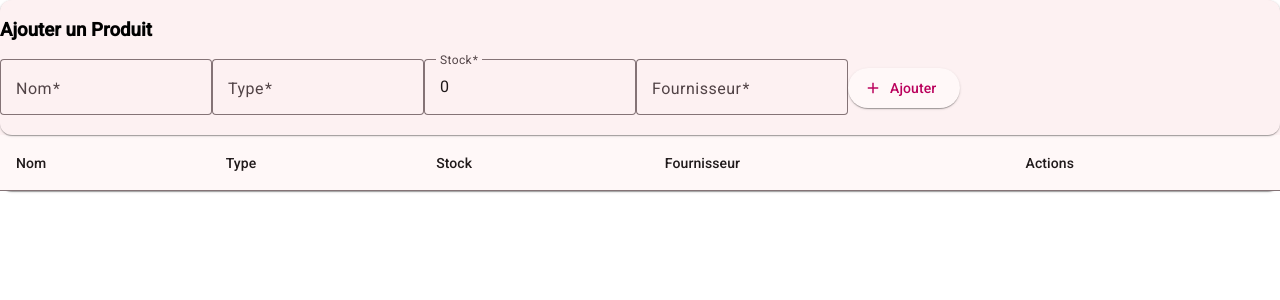
Repository: hadilXattia/Gestion_Production
Page: /produits (app in frontend-production/)
The author's editor kept a copy of each file at every save. The page is drawn from the files as they stood at one save, then again after a run of saves.
The browser window is 1280 px wide. The pictures show the whole page.
The page's requests for data from a server got no answer. The project was rebuilt for these pictures with package versions that can differ from the ones it lists, and the page was loaded fresh each time. No one was signed in, and anything a server would have sent is missing. Also part of the build but not shown: frontend-production/angular.json, frontend-production/src/app/components/produit/ajouter-produit-dialog.component.ts, frontend-production/src/app/components/machine/machine.component.ts, frontend-production/src/app/services/machine.service.ts, frontend-production/src/app/components/technicien/technicien.component.ts, frontend-production/src/app/services/technicien.service.ts, frontend-production/src/app/components/ordre-fabrication/ordre-fabrication.component.ts, frontend-production/src/app/services/ordre-fabrication.service.ts and 2 more.

Above is the page before, as saved 2025-05-09 17:41:42.

### frontend-production/src/index.html
<!doctype html>
<html lang="en">
<head>
  <meta charset="utf-8">
  <title>FrontendProduction</title>
  <base href="/">
  <meta name="viewport" content="width=device-width, initial-scale=1">
  <link rel="icon" type="image/x-icon" href="favicon.ico">
  <link href="https://fonts.googleapis.com/css2?family=Roboto:wght@300;400;500&display=swap" rel="stylesheet">
  <link href="https://fonts.googleapis.com/icon?family=Material+Icons" rel="stylesheet">
</head>
<body class="mat-typography">
  <app-root></app-root>
</body>
</html>

### frontend-production/src/main.ts
import { bootstrapApplication } from '@angular/platform-browser';
import { AppComponent } from './app/app.component';
import { provideHttpClient } from '@angular/common/http';
import { importProvidersFrom } from '@angular/core';
import { FormsModule } from '@angular/forms';
import { provideRouter } from '@angular/router';
import { routes } from './app/app.routes';

bootstrapApplication(AppComponent, {
  providers: [
    provideHttpClient(),
    importProvidersFrom(FormsModule),
    provideRouter(routes)
  ]
});

### frontend-production/src/app/app.component.ts
import { Component } from '@angular/core';
import { RouterOutlet } from '@angular/router';

@Component({
  selector: 'app-root',
  imports: [RouterOutlet],
  templateUrl: './app.component.html',
  styleUrl: './app.component.css'
})
export class AppComponent {
  title = 'frontend-production';
}

### frontend-production/src/app/app.routes.ts
import { Routes } from '@angular/router';
import { ProduitComponent } from './components/produit/produit.component';
import { MachineComponent } from './components/machine/machine.component';
import { TechnicienComponent } from './components/technicien/technicien.component';
import { OrdreFabricationComponent } from './components/ordre-fabrication/ordre-fabrication.component';
import { MaintenanceComponent } from './components/maintenance/maintenance.component';

export const routes: Routes = [
  { path: 'produits', component: ProduitComponent },
  { path: 'machines', component: MachineComponent },
  { path: 'techniciens', component: TechnicienComponent },
  { path: 'ordres', component: OrdreFabricationComponent },
  { path: 'maintenances', component: MaintenanceComponent },
  { path: '', redirectTo: 'produits', pathMatch: 'full' },
  { path: '**', redirectTo: 'produits' }
];

### frontend-production/src/app/components/produit/produit.component.ts
import { Component, OnInit } from '@angular/core';
import { ProduitService } from '../../services/produit.service';
import { HttpClient } from '@angular/common/http';
import { NgFor ,CommonModule} from '@angular/common';
import { FormsModule } from '@angular/forms';
import { MatTableModule } from '@angular/material/table';
import { MatButtonModule } from '@angular/material/button';
import { MatFormFieldModule } from '@angular/material/form-field';
import { MatInputModule } from '@angular/material/input';
import { MatCardModule } from '@angular/material/card';
import { MatIconModule } from '@angular/material/icon';
import { AjouterProduitDialogComponent } from './ajouter-produit-dialog.component';

import { MatDialogModule, MatDialog } from '@angular/material/dialog';
@Component({
  selector: 'app-produit',
  standalone: true,
  imports: [NgFor,CommonModule, FormsModule,MatTableModule,
    MatButtonModule,
    MatFormFieldModule,
    MatDialogModule,
    MatInputModule,
    MatCardModule,
    MatIconModule],
  templateUrl: './produit.component.html',
  styleUrl: './produit.component.css'
})
export class ProduitComponent implements OnInit {
  produits: any[] = [];
  newProduit = {
    nom: '',
    type: '',
    stock: 0,
    fournisseur: ''
  };

constructor(private produitService: ProduitService, private dialog: MatDialog) {}
openAjouterDialog() {
  const dialogRef = this.dialog.open(AjouterProduitDialogComponent);

  dialogRef.afterClosed().subscribe(result => {
    if (result) {
      this.produitService.createProduit(result).subscribe(() => {
        this.loadProduits();
      });
    }
  });
}

  ngOnInit() {
    this.loadProduits();
  }

  loadProduits() {
    this.produitService.getProduits().subscribe(data => {
      this.produits = data;
    });
  }

  addProduit() {
    this.produitService.createProduit(this.newProduit).subscribe(() => {
      this.newProduit = { nom: '', type: '', stock: 0, fournisseur: '' };
      this.loadProduits();
    });
  }

  deleteProduit(id: number) {
    this.produitService.deleteProduit(id).subscribe(() => {
      this.loadProduits();
    });
  }
}

### frontend-production/src/app/components/produit/produit.component.html

<mat-card>
 <mat-card class="mt-4">
  <h3>Ajouter un Produit</h3>
  <form (ngSubmit)="addProduit()" class="add-form">
    <mat-form-field appearance="outline" class="form-field">
      <mat-label>Nom</mat-label>
      <input matInput [(ngModel)]="newProduit.nom" name="nom" required>
    </mat-form-field>

    <mat-form-field appearance="outline" class="form-field">
      <mat-label>Type</mat-label>
      <input matInput [(ngModel)]="newProduit.type" name="type" required>
    </mat-form-field>

    <mat-form-field appearance="outline" class="form-field">
      <mat-label>Stock</mat-label>
      <input matInput type="number" [(ngModel)]="newProduit.stock" name="stock" required>
    </mat-form-field>

    <mat-form-field appearance="outline" class="form-field">
      <mat-label>Fournisseur</mat-label>
      <input matInput [(ngModel)]="newProduit.fournisseur" name="fournisseur" required>
    </mat-form-field>

    <button mat-raised-button color="primary" type="submit">
      <mat-icon>add</mat-icon> Ajouter
    </button>
  </form>
</mat-card>

  <table mat-table [dataSource]="produits" class="mat-elevation-z8" style="width: 100%;">
    <!-- Nom Column -->
    <ng-container matColumnDef="nom">
      <th mat-header-cell *matHeaderCellDef> Nom </th>
      <td mat-cell *matCellDef="let produit"> {{ produit.nom }} </td>
    </ng-container>

    <!-- Type Column -->
    <ng-container matColumnDef="type">
      <th mat-header-cell *matHeaderCellDef> Type </th>
      <td mat-cell *matCellDef="let produit"> {{ produit.type }} </td>
    </ng-container>

    <!-- Stock Column -->
    <ng-container matColumnDef="stock">
      <th mat-header-cell *matHeaderCellDef> Stock </th>
      <td mat-cell *matCellDef="let produit"> {{ produit.stock }} </td>
    </ng-container>

    <!-- Fournisseur Column -->
    <ng-container matColumnDef="fournisseur">
      <th mat-header-cell *matHeaderCellDef> Fournisseur </th>
      <td mat-cell *matCellDef="let produit"> {{ produit.fournisseur }} </td>
    </ng-container>

    <!-- Actions Column -->
    <ng-container matColumnDef="actions">
      <th mat-header-cell *matHeaderCellDef> Actions </th>
      <td mat-cell *matCellDef="let produit">
        <button mat-raised-button color="warn" (click)="deleteProduit(produit.id)">
          <mat-icon>delete</mat-icon> Supprimer
        </button>
      </td>
    </ng-container>

    <tr mat-header-row *matHeaderRowDef="['nom', 'type', 'stock', 'fournisseur', 'actions']"></tr>
    <tr mat-row *matRowDef="let row; columns: ['nom', 'type', 'stock', 'fournisseur', 'actions'];"></tr>
  </table>
</mat-card>

<!-- <mat-card class="mt-4">
  <h3>Ajouter un Produit</h3>
  <form (ngSubmit)="addProduit()" class="add-form">
    <mat-form-field appearance="outline" class="form-field">
      <mat-label>Nom</mat-label>
      <input matInput [(ngModel)]="newProduit.nom" name="nom" required>
    </mat-form-field>

    <mat-form-field appearance="outline" class="form-field">
      <mat-label>Type</mat-label>
      <input matInput [(ngModel)]="newProduit.type" name="type" required>
    </mat-form-field>

    <mat-form-field appearance="outline" class="form-field">
      <mat-label>Stock</mat-label>
      <input matInput type="number" [(ngModel)]="newProduit.stock" name="stock" required>
    </mat-form-field>

    <mat-form-field appearance="outline" class="form-field">
      <mat-label>Fournisseur</mat-label>
      <input matInput [(ngModel)]="newProduit.fournisseur" name="fournisseur" required>
    </mat-form-field>

    <button mat-raised-button color="primary" type="submit">
      <mat-icon>add</mat-icon> Ajouter
    </button>
  </form>
</mat-card> -->

### frontend-production/src/app/services/produit.service.ts
import { Injectable } from '@angular/core';
import { HttpClient } from '@angular/common/http';
import { Observable } from 'rxjs';

export interface Produit {
  id?: number;
  nom: string;
  type: string;
  stock: number;
  fournisseur: string;
}

@Injectable({
  providedIn: 'root'
})
export class ProduitService {
  private apiUrl = 'http://localhost:8080/api/produits';

  constructor(private http: HttpClient) {}

  getProduits(): Observable<Produit[]> {
    return this.http.get<Produit[]>(this.apiUrl);
  }

  createProduit(produit: Produit): Observable<Produit> {
    return this.http.post<Produit>(this.apiUrl, produit);
  }

  updateProduit(id: number, produit: Produit): Observable<Produit> {
    return this.http.put<Produit>(`${this.apiUrl}/${id}`, produit);
  }

  deleteProduit(id: number): Observable<void> {
    return this.http.delete<void>(`${this.apiUrl}/${id}`);
  }
}

Loaded but not shown: frontend-production/src/styles.css (common file); frontend-production/src/app/app.component.html (common file); frontend-production/src/app/app.component.css (no stored copy; drawn as an empty file); frontend-production/src/app/components/produit/produit.component.css (no stored copy; drawn as an empty file)

After the next 3 saves:
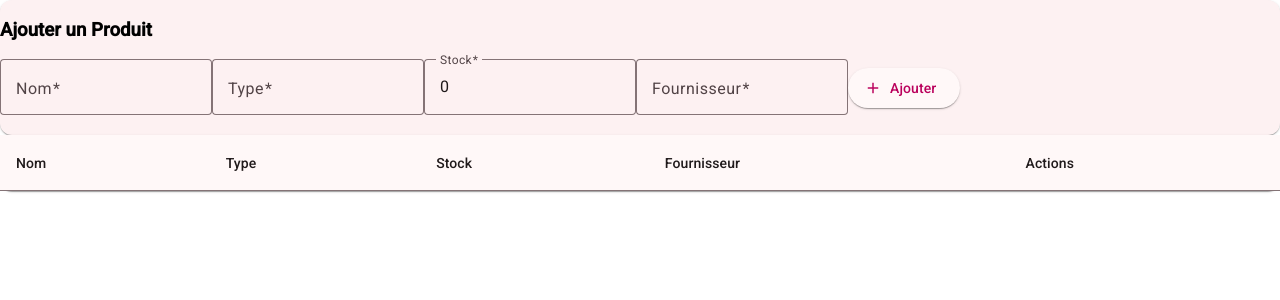
The 3 saves are shown as one change because 1 did not build or start and some came seconds apart.
The last was saved 12 s later.
--- a/frontend-production/src/app/components/produit/produit.component.html
+++ b/frontend-production/src/app/components/produit/produit.component.html
@@ -1,5 +1,5 @@
 
-<mat-card>
+
  <mat-card class="mt-4">
   <h3>Ajouter un Produit</h3>
   <form (ngSubmit)="addProduit()" class="add-form">
@@ -28,7 +28,7 @@
     </button>
   </form>
 </mat-card>
-
+<mat-card>
   <table mat-table [dataSource]="produits" class="mat-elevation-z8" style="width: 100%;">
     <!-- Nom Column -->
     <ng-container matColumnDef="nom">
